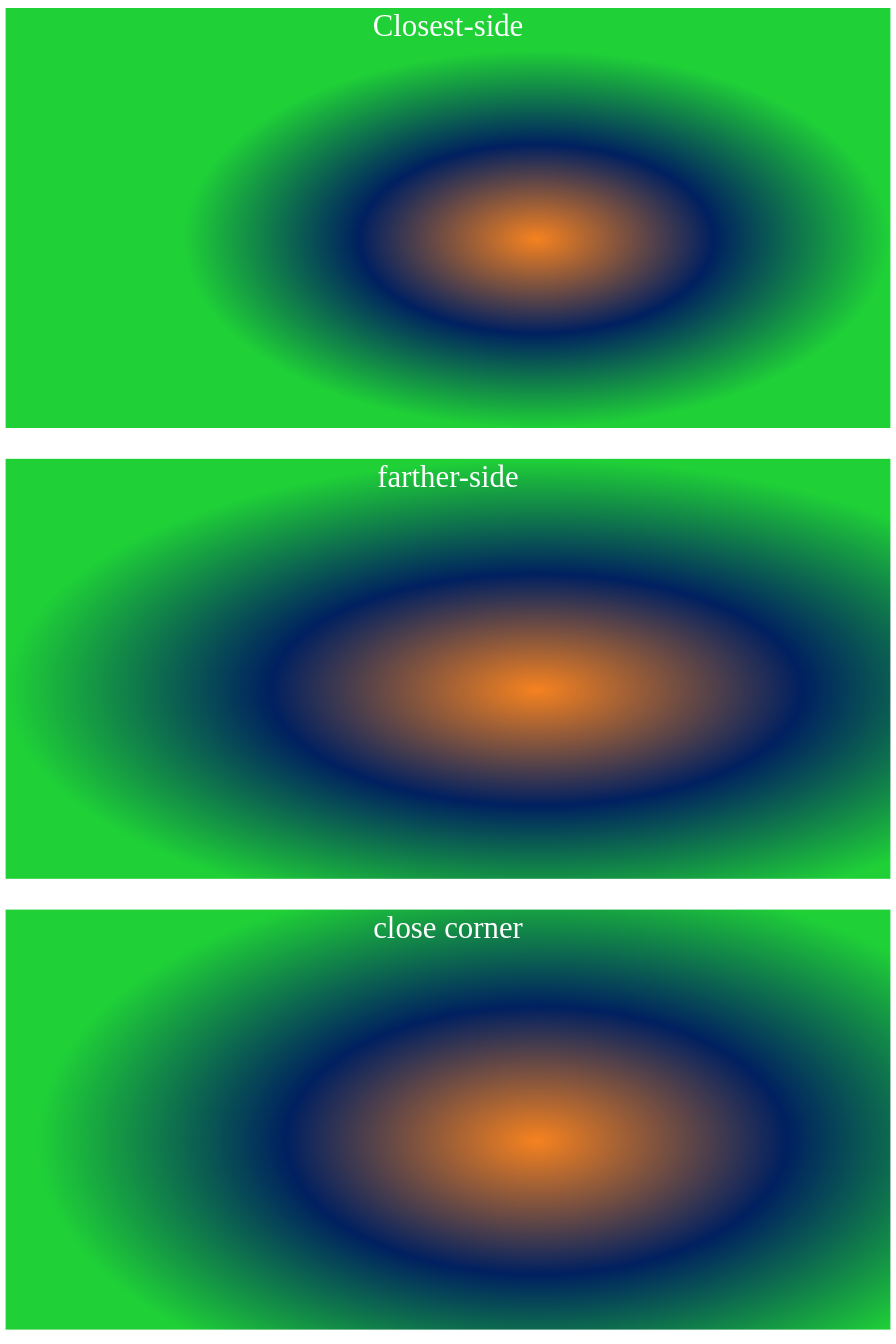
Repository: Pema-yangki/Css
Page: color.html
These files come from the project's save history. The page is drawn as it stood at one moment and after a run of saves; the edit follows.
The browser window is 1280 px wide. The pictures show the part of the page from y = 2069 to 3989 px (the page is 4620 px tall), at 70% of full size.

Above is the page before, as saved 2024-03-27 10:26:22.

After the next 2 saves:
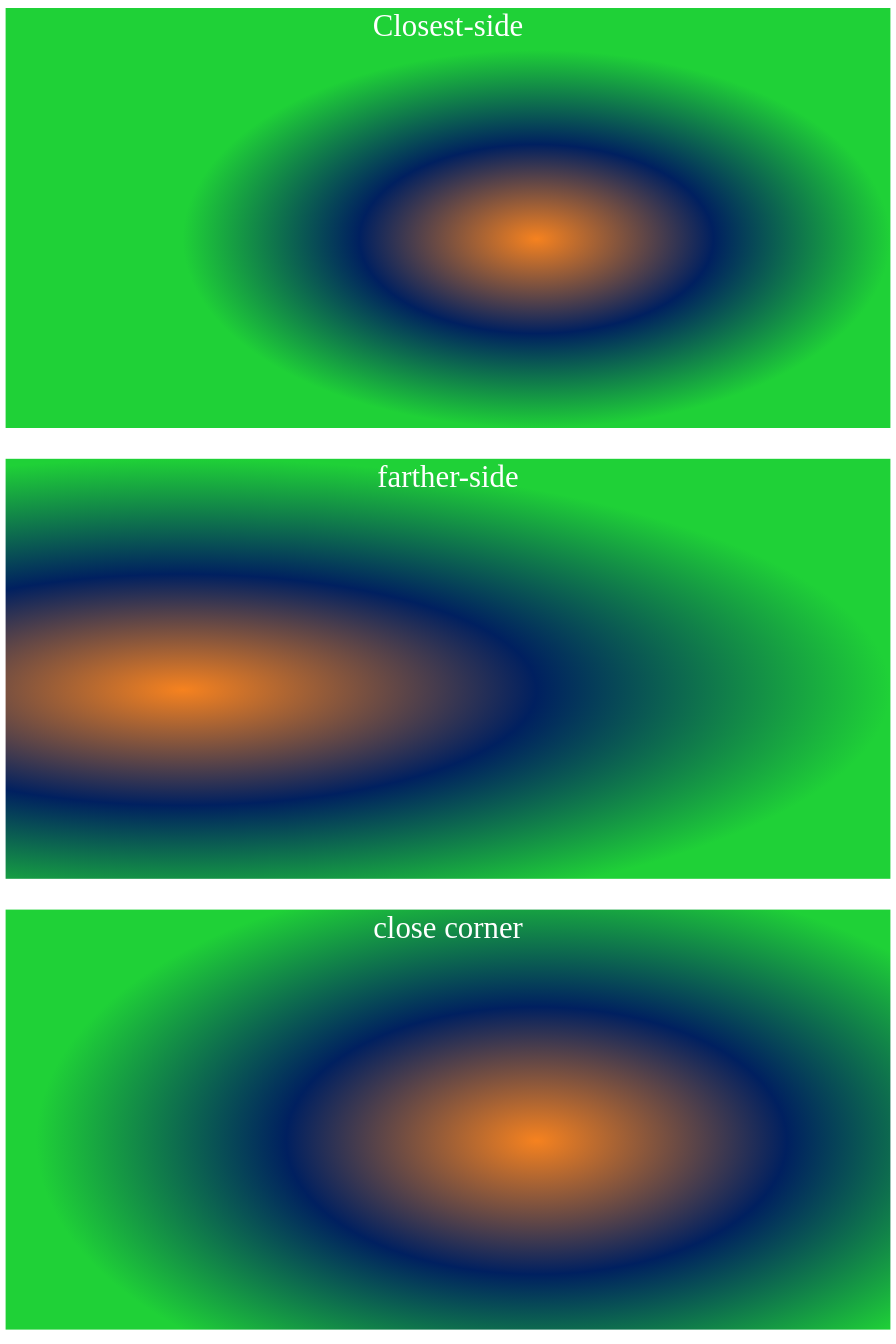
The 2 saves are shown as one change because they came seconds apart.
The last was saved 94 s later.
--- a/color.html
+++ b/color.html
@@ -91,7 +91,7 @@ height: 600px;
 
 .farther {
     background-image:
-radial-gradient(farthest-side at 60%
+radial-gradient(farthest-side at 20%
 55%,#f6821f,#002060,#1fd137);
 height: 600px;
 }
